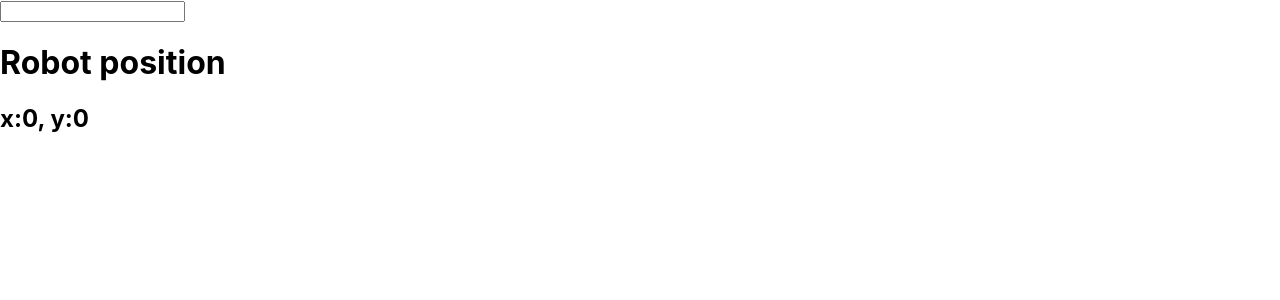
Repository: mariocapitbrok/robot-position
Page: /
An editor plug-in stored every save of this project. The page is shown before and after the next save, followed by the edit.
The browser window is 1280 px wide. The pictures show the whole page.
The project was rebuilt for these pictures with package versions that can differ from the ones it lists, and the page was loaded fresh each time. Also part of the build but not shown: src/App.css.

Above is the page before, as saved 2021-12-01 18:22:48.

### src/App.js
import Robot from './components/robot';
import './App.css';

function App() {
  return <Robot />;
}

export default App;

### src/components/robot.jsx
import React from 'react';
import { useState, useEffect } from 'react';

const Robot = () => {
  const [value, setValue] = useState('');
  const [movements, setMovements] = useState('');
  const [x, setX] = useState(0);
  const [y, setY] = useState(0);

  useEffect(() => {
    console.log(movements);
  });

  const createMovements = (value) => {
    const valueArr = [...value];
    if (valueArr.length === 0) {
      setValue('');
      return;
    }
    let move = valueArr.pop();
    //console.log(move);
    switch (move) {
      case 'u':
        setMovements(movements + 'U');
        setY(y + 1);
        break;
      case 'd':
        setMovements(movements + 'D');
        setY(y - 1);
        break;
      case 'l':
        setMovements(movements + 'L');
        setX(x - 1);
        break;
      case 'r':
        setMovements(movements + 'R');
        setX(x + 1);
        break;
      default:
        break;
    }
    setValue(move);
  };

  const handleChange = (e) => {
    const value = e.target.value;
    createMovements(value);
  };

  const handleSubmit = (e) => {
    e.preventDefault();
  };
  return (
    <React.Fragment>
      <form onSubmit={handleSubmit}>
        <input onChange={handleChange} name="value" type="text" value={value} />
      </form>
      <h1>Robot position</h1>
      <h2>
        x:{x}, y:{y}
      </h2>
    </React.Fragment>
  );
};

export default Robot;

Loaded but not shown: public/index.html (common file); src/index.js (common file); src/index.css (common file); src/reportWebVitals.js (common file)

After the next save:
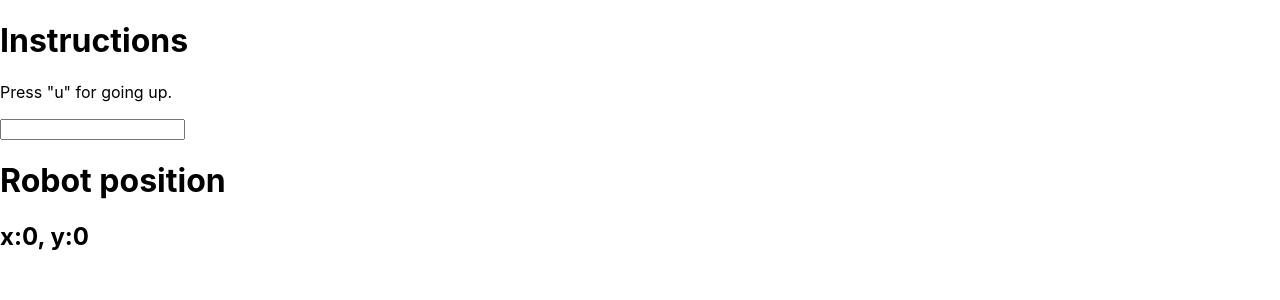
Saved 2 min 23 s later.
--- a/src/components/robot.jsx
+++ b/src/components/robot.jsx
@@ -53,6 +53,8 @@ const Robot = () => {
   return (
     <React.Fragment>
       <form onSubmit={handleSubmit}>
+        <h1>Instructions</h1>
+        <p>Press "u" for going up.</p>
         <input onChange={handleChange} name="value" type="text" value={value} />
       </form>
       <h1>Robot position</h1>
